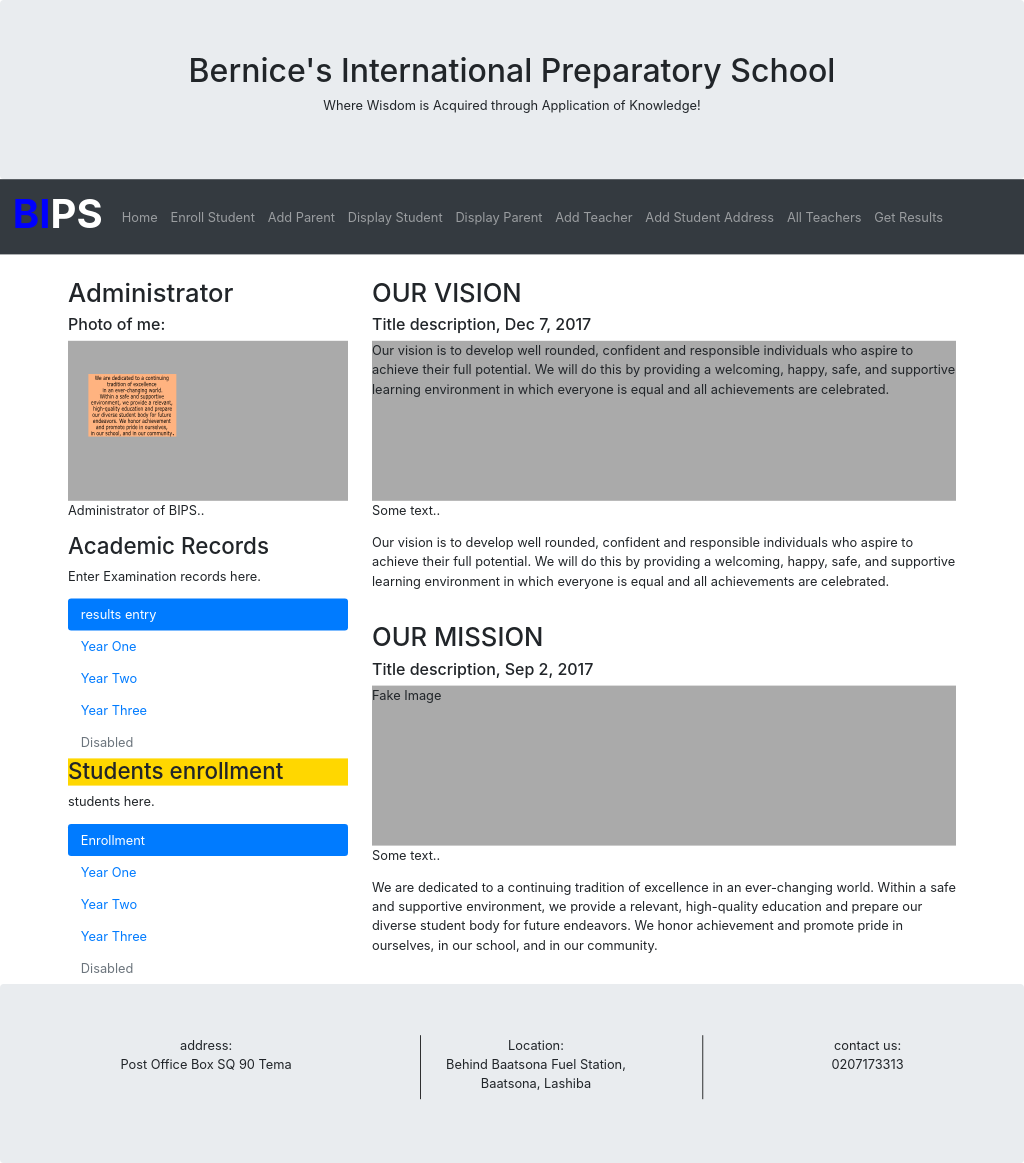
Repository: joseackah/eclipse-workspace
Page: http://localhost/com.school.mgt.system.Front.End/WEB-INF/views/adminPageExample.jsp
An editor plug-in stored every save of this project. The page is shown before and after the next save, followed by the edit.
The browser window is 1280 px wide. The pictures show the whole page, at 80% of full size.
The page is served by Tomcat 9. Nobody is signed in. Other server files are loaded and not shown. The template is opened directly, without the code that normally fills it, so the values that code supplies are empty.

Above is the page before, as saved 2021-08-12 21:14:04.

### com.school.mgt.system.Front.End/src/main/webapp/WEB-INF/views/adminPageExample.jsp
<%@ page language="java" contentType="text/html; charset=ISO-8859-1"
    pageEncoding="ISO-8859-1"%>
<!DOCTYPE html>
<html>
<head>
<meta charset="ISO-8859-1">
<title>Home Page</title>
<meta charset="utf-8">
  <meta name="viewport" content="width=device-width, initial-scale=1">
  <link rel="stylesheet" href="https://maxcdn.bootstrapcdn.com/bootstrap/4.5.2/css/bootstrap.min.css">
  <script src="https://ajax.googleapis.com/ajax/libs/jquery/3.5.1/jquery.min.js"></script>
  <script src="https://cdnjs.cloudflare.com/ajax/libs/popper.js/1.16.0/umd/popper.min.js"></script>
  <script src="https://maxcdn.bootstrapcdn.com/bootstrap/4.5.2/js/bootstrap.min.js"></script>
  <style>
  .fakeimg {
    height: 200px;
    background: #aaa;
  }
  </style>
</head>
<body>
<div class="jumbotron text-center" style="margin-bottom:0">
  <h1>Bernice's International Preparatory School</h1>
  <p>Where Wisdom is Acquired through Application of Knowledge!</p>
</div>

<nav class="navbar navbar-expand-sm bg-dark navbar-dark">
  <a class="navbar-brand" href="#"><h1 style="font-size: 50px; font-weight: bold;"><span style="color:blue; font-size:;">BI</span>PS </h1></a>
  <button class="navbar-toggler" type="button" data-toggle="collapse" data-target="#collapsibleNavbar">
    <span class="navbar-toggler-icon"></span>
  </button>
  <div class="collapse navbar-collapse" id="collapsibleNavbar">
    <ul class="navbar-nav">
      <li class="nav-item">
        <a class="nav-link" href="${pageContext.request.contextPath}/general/homePage">Home</a>
      </li>
      <li class="nav-item">
        <a class="nav-link" href="${pageContext.request.contextPath}/schoolStudents/moreStudentsForm">Enroll Student</a>
      </li>
      <li class="nav-item">
        <a class="nav-link" href="${pageContext.request.contextPath}/schoolParents/showParentForm">Add Parent</a>
      </li>
      <li class="nav-item">
        <a class="nav-link" href="${pageContext.request.contextPath}/schoolStudents/displayStudents">Display Student</a>
      </li>
      <li class="nav-item">
        <a class="nav-link" href="${pageContext.request.contextPath}/schoolParents/displayParents">Display Parent</a>
      </li>
      <li class="nav-item">
        <a class="nav-link" href="${pageContext.request.contextPath}/schoolStudents/showStudentsForm">Add Teacher</a>
      </li>
      <li class="nav-item">
        <a class="nav-link" href="${pageContext.request.contextPath}/studentAddress/displayStudentAddress">Add Student Address</a>
      </li>
      <li class="nav-item">
        <a class="nav-link" href="${pageContext.request.contextPath}/schoolTeachers/displayTeachers">All Teachers</a>
      </li>
      <li class="nav-item">
        <a class="nav-link" href="${pageContext.request.contextPath}/general/lowerResults">Get Results</a>
      </li>
    </ul>
  </div>
</nav>

<div class="container" style="margin-top:30px">
  <div class="row">
    <div class="col-sm-4">
      <h2>Administrator</h2>
      <h5>Photo of me:</h5>
      <div class="fakeimg"> <img alt="our mision" src="${pageContext.request.contextPath}/resources/svg/mission.svg" style="width:10em; height:10em;"/>  </div>
      <p>Administrator of BIPS..</p>

    <!--   academic record start here -->

      <h3>Academic Records</h3>
      <p>Enter Examination records here.</p>
      <ul class="nav nav-pills flex-column">
        <li class="nav-item">
          <a class="nav-link active" href="#">results entry</a>
        </li>
        <li class="nav-item">
          <a class="nav-link" href="#">Year One</a>
        </li>
        <li class="nav-item">
          <a class="nav-link" href="#">Year Two</a>
        </li>
        <li class="nav-item">
          <a class="nav-link" href="#">Year Three</a>
        </li>
        <li class="nav-item">
          <a class="nav-link disabled" href="#">Disabled</a>
        </li>
      </ul>
      <hr class="d-sm-none">

      <!-- academic record ends here -->

      <!-- student starts here -->
       <h3 style="background-color:gold;">Students enrollment</h3>
      <p>students here.</p>
      <ul class="nav nav-pills flex-column">
        <li class="nav-item">
          <a class="nav-link active">Enrollment</a>
        </li>
        <li class="nav-item">
          <a class="nav-link" href="#">Year One</a>
        </li>
        <li class="nav-item">
          <a class="nav-link" href="#">Year Two</a>
        </li>
        <li class="nav-item">
          <a class="nav-link" href="#">Year Three</a>
        </li>
        <li class="nav-item">
          <a class="nav-link disabled" href="#">Disabled</a>
        </li>
      </ul>
      <hr class="d-sm-none">
    <!--   students ends here -->
    </div>
    <div class="col-sm-8">
      <h2>OUR VISION</h2>
      <h5>Title description, Dec 7, 2017</h5>
      <div class="fakeimg">Our vision is to develop well rounded, confident and responsible individuals who aspire to achieve their full potential. We will do this by providing a welcoming, happy, safe, and supportive learning environment in which everyone is equal and all achievements are celebrated. </div>
      <p>Some text..</p>
      <p>Our vision is to develop well rounded, confident and responsible individuals who aspire to achieve their full potential. We will do this by providing a welcoming, happy, safe, and supportive learning environment in which everyone is equal and all achievements are celebrated. </p>
      <br>
      <h2>OUR MISSION</h2>
      <h5>Title description, Sep 2, 2017</h5>
      <div class="fakeimg">Fake Image</div>
      <p>Some text..</p>
      <p>We are dedicated to a continuing tradition of excellence in an ever-changing world. Within a safe and supportive environment, we provide a relevant, high-quality education and prepare our diverse student body for future endeavors. We honor achievement and promote pride in ourselves, in our school, and in our community.</p>
    </div>
  </div>
</div>

<div class="jumbotron text-center" style="margin-bottom:0; align-context: space-between;">
<div style="justify-content: center;">
<div style="display: flex; float: center; justify-content: center;">
<p style="margin-right: 10em">address: <br /> Post Office Box SQ 90 Tema</p> <p style="border-left: 1px solid black; height: 80px; position:fix; left: 35%; padding-right: 2em;"> </p>
<p style="display: flex; float: right;"> Location: <br /> Behind Baatsona Fuel Station, <br> Baatsona, Lashiba </p> <P style="border-left: 1px solid black; height: 80px; position:fix; right: 50%; margin-left: 6em;"> </P>
<p style="margin-left: 10em">contact us:<br/> 0207173313</p>
</div>


</div>
</div>

</body>
</html>

Loaded but not shown: com.school.mgt.system.Front.End/src/main/resources/static/svg/mission.svg (1165 lines, source omitted)

After the next save:
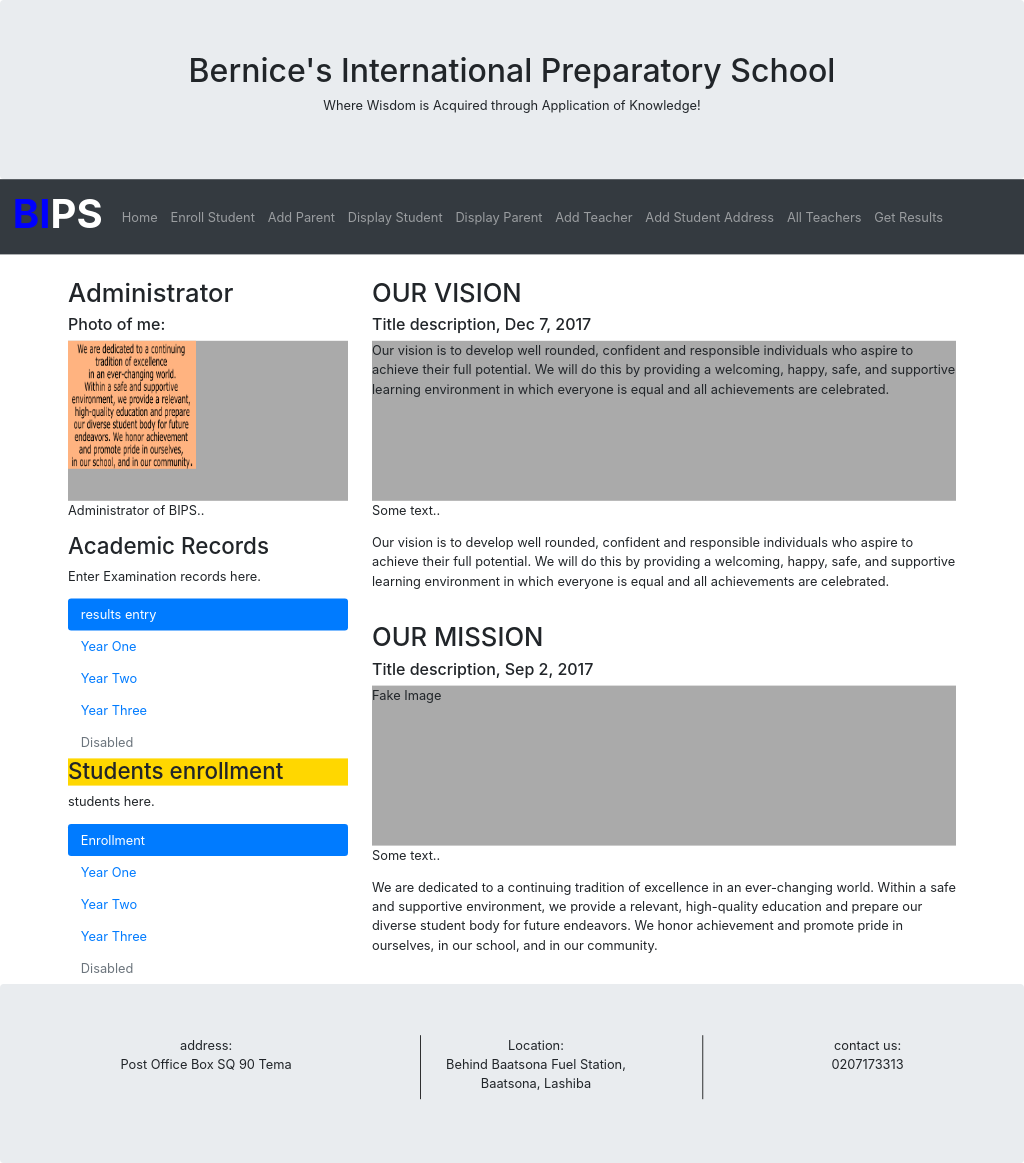
Saved 32 s later.
--- a/com.school.mgt.system.Front.End/src/main/webapp/WEB-INF/views/adminPageExample.jsp
+++ b/com.school.mgt.system.Front.End/src/main/webapp/WEB-INF/views/adminPageExample.jsp
@@ -67,7 +67,7 @@
     <div class="col-sm-4">
       <h2>Administrator</h2>
       <h5>Photo of me:</h5>
-      <div class="fakeimg"> <img alt="our mision" src="${pageContext.request.contextPath}/resources/svg/mission.svg" style="width:10em; height:10em;"/>  </div>
+      <div class="fakeimg"> <img alt="our mision" src="${pageContext.request.contextPath}/resources/png/mission.png" style="width:10em; height:10em;"/>  </div>
       <p>Administrator of BIPS..</p>
 
     <!--   academic record start here -->
